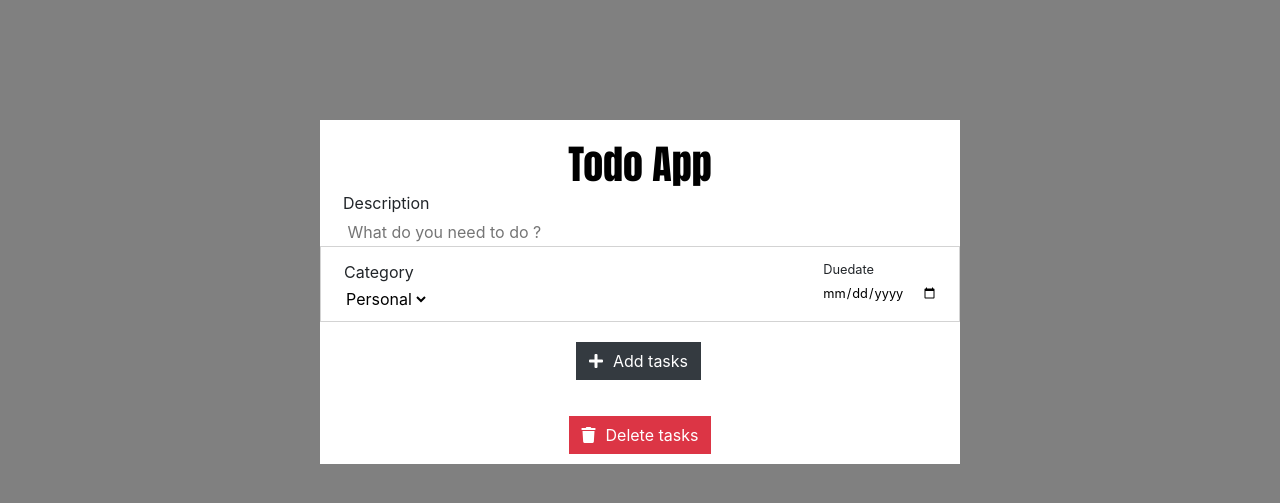
Repository: Sayan-100/Todo-List
Page: http://localhost/
These files come from the project's save history. The page is drawn as it stood at one moment and after the next save; the edit follows.
The browser window is 1280 px wide. The pictures show the whole page.
Some web libraries are served in a nearby version. The page is served by the project's Node server (index.js). Other server files are loaded and not shown. Queries for data that is not in the repository find no rows.

Above is the page before, as saved 2021-12-29 19:08:40.
Not found: js/home.js

### views/home.ejs
<html>

<head>
    <title>
        <%= title %>
    </title>

    <link rel="stylesheet" href="https://stackpath.bootstrapcdn.com/bootstrap/4.5.2/css/bootstrap.min.css" integrity="sha384-JcKb8q3iqJ61gNV9KGb8thSsNjpSL0n8PARn9HuZOnIxN0hoP+VmmDGMN5t9UJ0Z" crossorigin="anonymous">
    <link rel="stylesheet" href="/css/style.css">
    <link rel="stylesheet" href="https://use.fontawesome.com/releases/v5.5.0/css/all.css" integrity="sha384-B4dIYHKNBt8Bc12p+WXckhzcICo0wtJAoU8YZTY5qE0Id1GSseTk6S+L3BlXeVIU" crossorigin="anonymous">

</head>

<body>

    <div class="container">
        <h1> Todo App </h1>
        <form id="create-todo" action="/create_todo" method="POST">
            <div class="description">
                <p>Description</p>
                <input type="text" name="Description" placeholder=" What do you need to do ?" required>
            </div>

            <div class="options">

                <div class="cat">
                    <p>Category</p>
                    <select name="Category" required>
                    <option>Personal</option>
                    <option>Work</option>
                    <option>Cleaning</option>
                    <option>School</option>
                    <option> others</option>
                    </select>
                </div>

                <div class="date">
                    <p>Duedate</p>
                    <input type="date" id="birthday " name="DueDate">
                </div>
            </div>

            <div class="buttons">
                <button type="submit" class="btn btn-dark btn-1" form="create-todo"><i class="fas fa-plus"></i>Add tasks</button>
            </div>

        </form>


        <div class="submitbtn">
            <button type="submit" class="btn btn-danger btn-2" form="delete-form"><i class="fas fa-trash"></i>Delete tasks</button>
        </div>

        <!-- form attribute is used to link the button with the form  by specifying the id -->

        <form id="delete-form" action="/delete-todo" method="POST">
            <ul>
                <% for(let i of todo_list) {%>
                    <li class="single-todo">

                        <div class="check">
                            <input type="checkbox" name="<%=i._id%>" value="">
                            <!-- name attribute is used to take id of selected to do list from the from tag to the controller-->

                            <div class="desc_and_date">
                                <b>
                                    <span class = "date">
                                         <i class="fas fa-calendar-day"></i>
                                        <%= i.Description %>
                                    </span>
                                </b>

                                <span>

                                    <%= i.DueDate  %>
                                </span>

                            </div>
                        </div>

                        <div id="category">
                            <span>
                                <%= i.Category %>
                            </span>
                        </div>

                    </li>
                    <% } %>
            </ul>

        </form>
    </div>



    <script type="text/javascript" src="/js/home.js">
    </script>

</body>

</html>

### index.js
const express = require('express');
const path = require('path');
const port = 8000;

const db = require('./config/mongoose');
const to_do = require('./models/to-do');

const app = express();

app.set('view engine', 'ejs');
app.set('views', path.join(__dirname, 'views'));

app.use(express.urlencoded());
app.use(express.static('assests'));
app.get('/', function(req, res) {

    //res.send('<h1>cool it is running or is it ?</h1>')
    to_do.find({}, function(err, todos) {
        if (err) {
            console.log('Error in fetching todo from db');
            return;
        }

        return res.render('home', {
            title: "My todo List",
            todo_list: todos
        });
    });

});

app.post('/delete-todo', function(req, res) {
    let id = req.query.id;
    Object.keys(req.body).forEach(function(id) {
        to_do.findByIdAndDelete(id, function(err) {
            if (err) {
                console.log('Error in deleting a object form database');
                return;
            }
        });
        return res.redirect('back');
    })
});

//   to_do.findByIdAndDelete(id, function(err) {
//         if (err) {
//             console.log('Error in deleting a object form database');
//             return;
//         }

//         return res.redirect('back');
//})
app.post('/create_todo', function(req, res) {

    let date = "NO DEADLINE";
    console.log('**********', date);
    if (req.body.DueDate) {
        date = req.body.DueDate;
    }

    to_do.create({
        Description: req.body.Description,
        Category: req.body.Category,
        DueDate: date

    }, function(err, newTodo) {

        if (err) {
            console.log('Error in creating a todo');
            return;
        }

        console.log('**********', newTodo);
        return res.redirect('back');

    });
});


app.listen(port, function(err) {
    if (err) {
        console.log('Error in running server');
    }

    console.log('Yup! my server is running on port', port);
});

### assests/css/style.css
body {
    background-color: gray;
    margin: 0;
}

h1 {
    color: black;
    text-align: center;
    font-family: Impact, Haettenschweiler, 'Arial Narrow Bold', sans-serif;
    padding: 20px 20px 0px 20px;
    margin-bottom: 0px;
}

.container {
    width: 50%;
    margin: auto;
    background-color: white;
    padding: 0px;
    margin-top: 120px;
}

.form-fill {
    display: flex;
    flex-direction: column;
}

.options {
    display: flex;
    justify-content: space-between;
}

input {
    outline: none;
    border: 1px solid transparent;
}

#desc {
    width: 100%;
}

p {
    margin: 3px;
}

select {
    outline: none;
    border: 1px solid transparent;
    background-color: white;
    width: 100%;
}

option {
    padding: 5px;
    border: 1px solid transparent;
}

.description {
    border: 0px 1px 1px 1px solid lightgray;
    padding: 0px 20px;
}

.options {
    border: 1px solid lightgray;
    padding: 10px 20px;
}

.buttons {
    display: flex;
    justify-content: center;
    padding: 20px;
}

.btn-1 {
    margin-right: 3px;
    border-radius: 0px;
}

.btn-2 {
    border-radius: 0px;
}

.submitbtn {
    display: flex;
    justify-content: center;
    padding-bottom: 10px;
}

.single-todo {
    display: flex;
    justify-content: space-between;
    align-items: center;
}

.desc_and_date {
    display: flex;
    flex-direction: column;
    margin-left: 15px;
}

.date {
    font-size: 0.8rem;
}

ul {
    padding: 0;
}

li {
    padding: 10px;
    /* padding-left:30px; */
    border: 1px solid lightgray;
}

#category {
    margin-right: 3%;
    color: white;
    padding: 4px;
    width: 80px;
    height: 45px;
    text-align: center;
}

#category:nth-of-type(2n) {
    background-color: rgb(12, 12, 63);
}

#category span {
    position: relative;
    top: 5px;
}

.check {
    display: flex;
    align-items: center;
    justify-content: flex-start;
    width: 40%;
}

li:hover {
    background-color: lightgrey;
}

@media screen and (max-width:900px) {
    .container {
        width: 70%;
    }
}

i {
    margin-right: 10px;
}

After the next save:
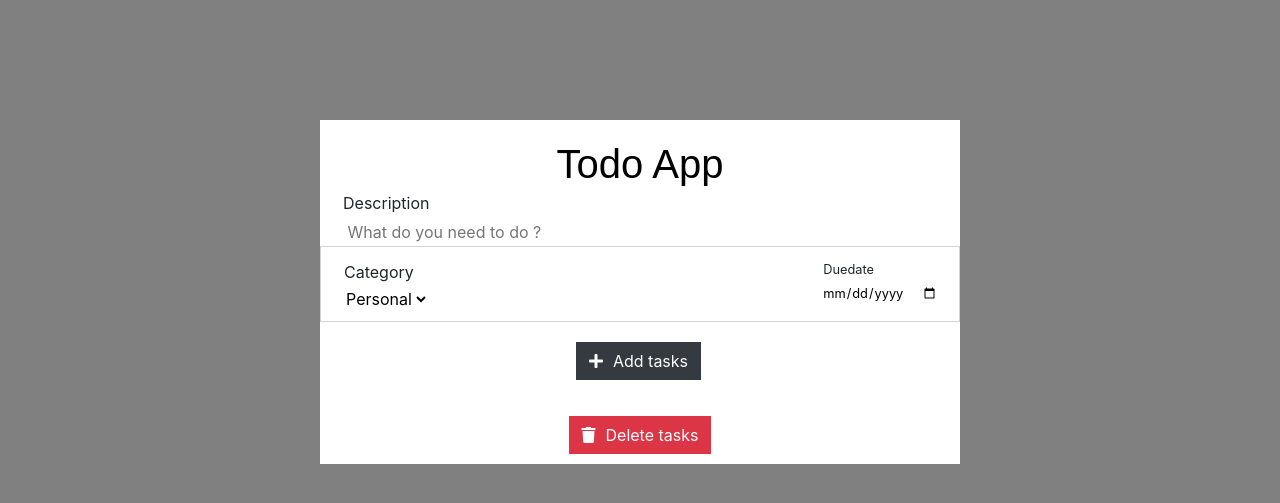
Saved 29 s later.
--- a/assests/css/style.css
+++ b/assests/css/style.css
@@ -6,7 +6,7 @@ body {
 h1 {
     color: black;
     text-align: center;
-    font-family: Impact, Haettenschweiler, 'Arial Narrow Bold', sans-serif;
+    font-family: sans-serif;
     padding: 20px 20px 0px 20px;
     margin-bottom: 0px;
 }
